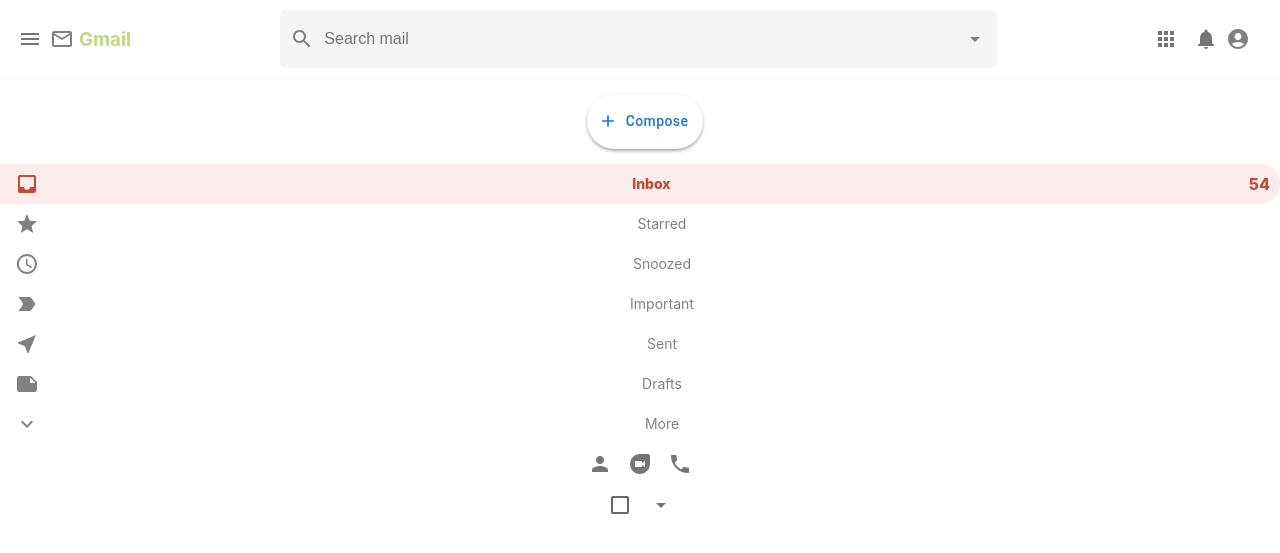
Repository: AbrorjonKuchkarov/gmail-clone
Page: /
These files come from the project's save history. The page is drawn as it stood at one moment and after the next save; the edit follows.
The browser window is 1280 px wide. The pictures show the whole page.
The project was rebuilt for these pictures with package versions that can differ from the ones it lists, and the page was loaded fresh each time. Also part of the build but not shown: src/Mail.css, src/Mail.js, src/EmailList.css.

Above is the page before, as saved 2022-01-29 05:19:38.

After the next save:
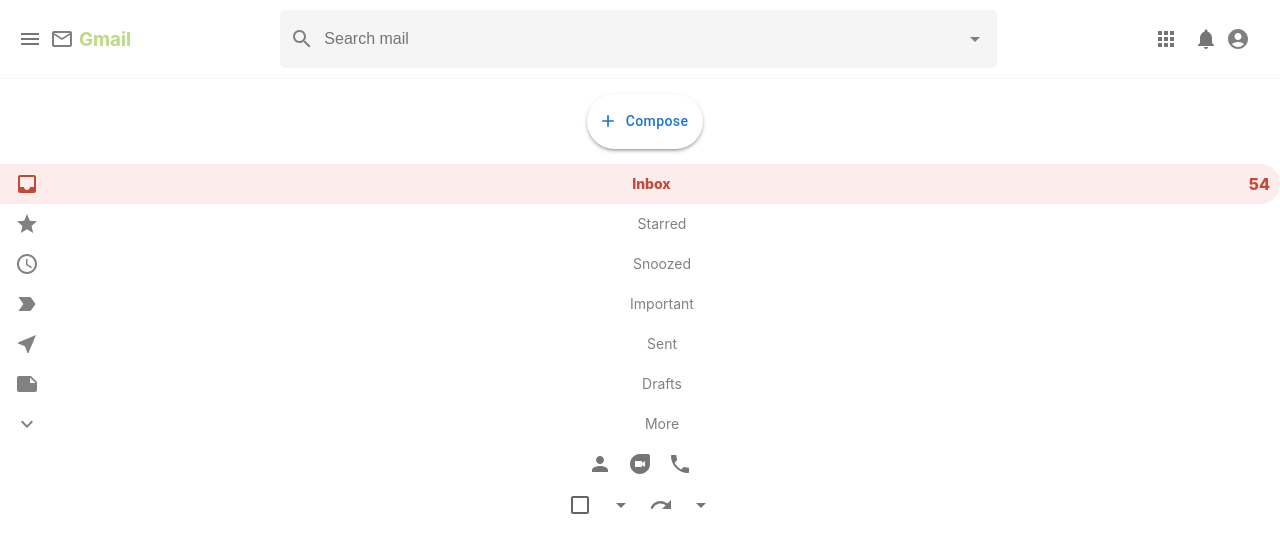
Saved 48 s later.
--- a/src/EmailList.js
+++ b/src/EmailList.js
@@ -2,6 +2,7 @@
 import "./EmailList.css"
 import { Checkbox, IconButton } from '@mui/material';
 import ArrowDropDownIcon from '@mui/icons-material/ArrowDropDown';
+import RedoIcon from '@mui/icons-material/Redo';
 
 const EmailList = () => {
   return <div className='emailList' >
@@ -11,6 +12,12 @@
            <IconButton>
               <ArrowDropDownIcon />
            </IconButton>
+           <IconButton>
+              <RedoIcon />
+           </IconButton>
+           <IconButton>
+              <ArrowDropDownIcon />
+           </IconButton>
         </div>
      </div>
   </div>;
